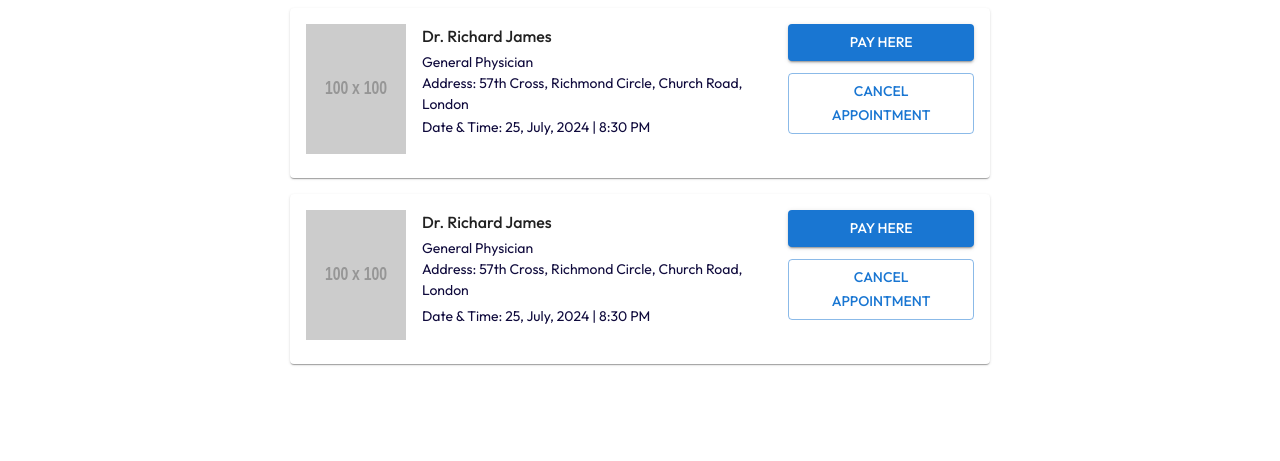
Repository: Ali-Dmerdash/DEPI_GRAD
Page: /
These files come from the project's save history. The page is drawn as it stood at one moment and after the next save; the edit follows.
The browser window is 1280 px wide. The pictures show the whole page.
The project was rebuilt for these pictures with package versions that can differ from the ones it lists, and the page was loaded fresh each time. Also part of the build but not shown: vite.config.ts.

Above is the page before, as saved 2024-10-08 20:53:37.

### src/App.tsx
import "./App.css";
import "react-router-dom";
import { library } from "@fortawesome/fontawesome-svg-core";
import { fab } from "@fortawesome/free-brands-svg-icons";
import { fas } from "@fortawesome/free-solid-svg-icons";
import { far } from "@fortawesome/free-regular-svg-icons";
import Myappointment from "./pages/myappointment";

function App() {
  return (
    <>
      <Myappointment />
    </>
  );
}

export default App;
library.add(fab, fas, far);

### src/index.css
@import url("https://fonts.googleapis.com/css2?family=Outfit:wght@100..900&display=swap");

body {
  font-family: "Outfit", sans-serif;
  color: var(--text-color);
}

:root {
  --primary-color: #07456f;
  --secondary-color: #009f9d;
  --text-color: #0f0a3c;
  --card-button-color: #ace6f6;
  --border-color: #adadad;
}

### src/App.css
@import "./App.css";

body {
  color: var(--text-color);
}

### src/pages/myappointment/index.tsx
import React from "react";
import { Box, Card, CardContent, Typography, Button } from "@mui/material";

const MyAppointment: React.FC = () => {
  return (
    <Box sx={{ maxWidth: 700, margin: "0 auto" }}>
      <Card sx={{ marginBottom: 2 }}>
        <CardContent>
          <Box display="flex" alignItems="flex-start">
            <img
              src="https://via.placeholder.com/100"
              alt="Doctor"
              style={{ width: "100px", height: "130px", marginRight: "16px" }}
            />
            <Box flexGrow={1}>
              <Typography
                variant="h6"
                fontSize="16px"
                sx={{ marginBottom: "2px" }}
              >
                Dr. Richard James
              </Typography>
              <Typography color="#0F0A3C" fontSize="14px">
                General Physician
              </Typography>
              <Typography
                color="#0F0A3C"
                fontSize="14px"
                sx={{ marginBottom: "2px" }}
              >
                Address: 57th Cross, Richmond Circle, Church Road, London
              </Typography>
              <Typography color="#0F0A3C" fontSize="14px">
                Date & Time: 25, July, 2024 | 8:30 PM
              </Typography>
            </Box>
            <Box
              display="flex"
              flexDirection="column"
              justifyContent="flex-end"
            >
              <Button variant="contained" color="primary">
                Pay here
              </Button>
              <Button
                variant="outlined"
                color="primary"
                sx={{ marginTop: 1.5 }}
              >
                Cancel appointment
              </Button>
            </Box>
          </Box>
        </CardContent>
      </Card>

      <Card>
        <CardContent>
          <Box display="flex" alignItems="flex-start">
            <img
              src="https://via.placeholder.com/100"
              alt="Doctor"
              style={{ width: "100px", height: "130px", marginRight: "16px" }}
            />
            <Box flexGrow={1}>
              <Typography
                variant="h6"
                fontSize="16px"
                sx={{ marginBottom: "2px" }}
              >
                Dr. Richard James
              </Typography>
              <Typography color="#0F0A3C" fontSize="14px">
                General Physician
              </Typography>
              <Typography
                color="#0F0A3C"
                fontSize="14px"
                sx={{ marginBottom: "5px" }}
              >
                Address: 57th Cross, Richmond Circle, Church Road, London
              </Typography>
              <Typography color="#0F0A3C" fontSize="14px">
                Date & Time: 25, July, 2024 | 8:30 PM
              </Typography>
            </Box>
            <Box
              display="flex"
              flexDirection="column"
              justifyContent="flex-end"
            >
              <Button variant="contained" color="primary">
                Pay here
              </Button>

              <Button
                variant="outlined"
                color="primary"
                sx={{ marginTop: 1.5 }}
              >
                Cancel appointment
              </Button>
            </Box>
          </Box>
        </CardContent>
      </Card>
    </Box>
  );
};

export default MyAppointment;

Loaded but not shown: index.html (common file); src/main.tsx (common file)

After the next save:
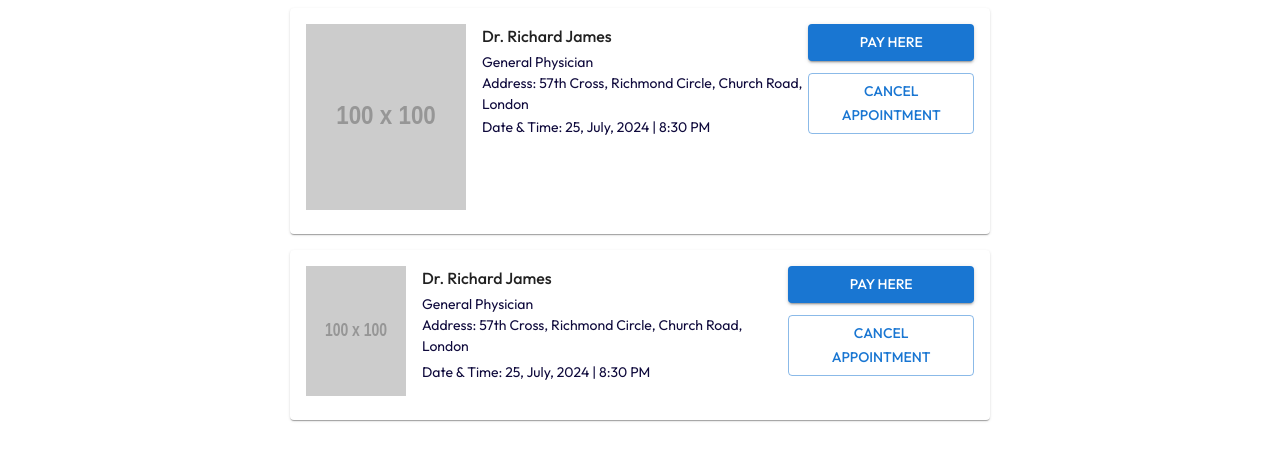
Saved 33 s later.
--- a/src/pages/myappointment/index.tsx
+++ b/src/pages/myappointment/index.tsx
@@ -10,7 +10,7 @@ const MyAppointment: React.FC = () => {
             <img
               src="https://via.placeholder.com/100"
               alt="Doctor"
-              style={{ width: "100px", height: "130px", marginRight: "16px" }}
+              style={{ width: "160px", height: "186px", marginRight: "16px" }}
             />
             <Box flexGrow={1}>
               <Typography
